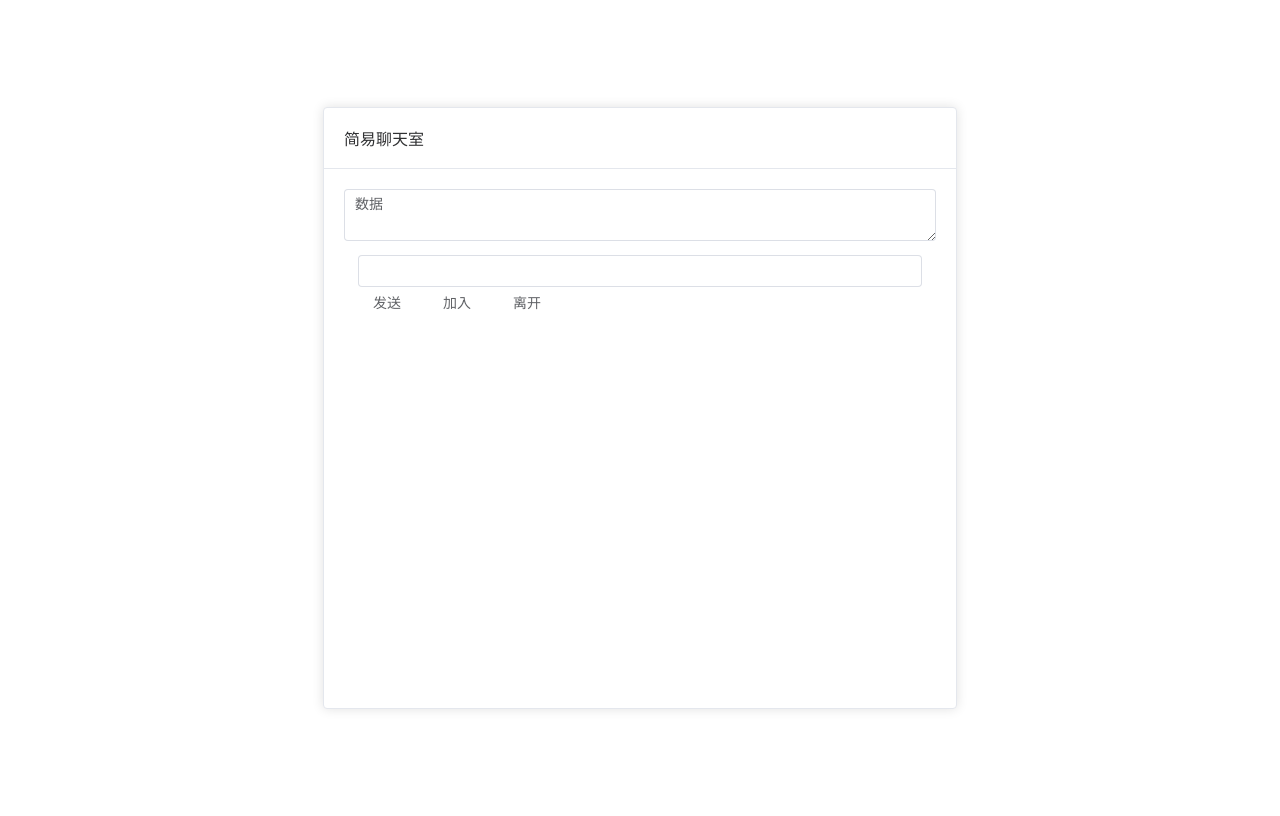
Repository: qs991/Elephant
Page: / (app in WebSocketApI/Web/websocketroom/)
These files come from the project's save history. The page is drawn as it stood at one moment and after a run of saves; the edit follows.
The browser window is 1280 px wide. The pictures show the whole page.
The page's requests for data from a server got no answer. The project was rebuilt for these pictures with package versions that can differ from the ones it lists, and the page was loaded fresh each time. No one was signed in, and anything a server would have sent is missing. Also part of the build but not shown: WebSocketApI/Web/websocketroom/vite.config.js.

Above is the page before, as saved 2023-08-25 15:54:08.

After the next 5 saves:
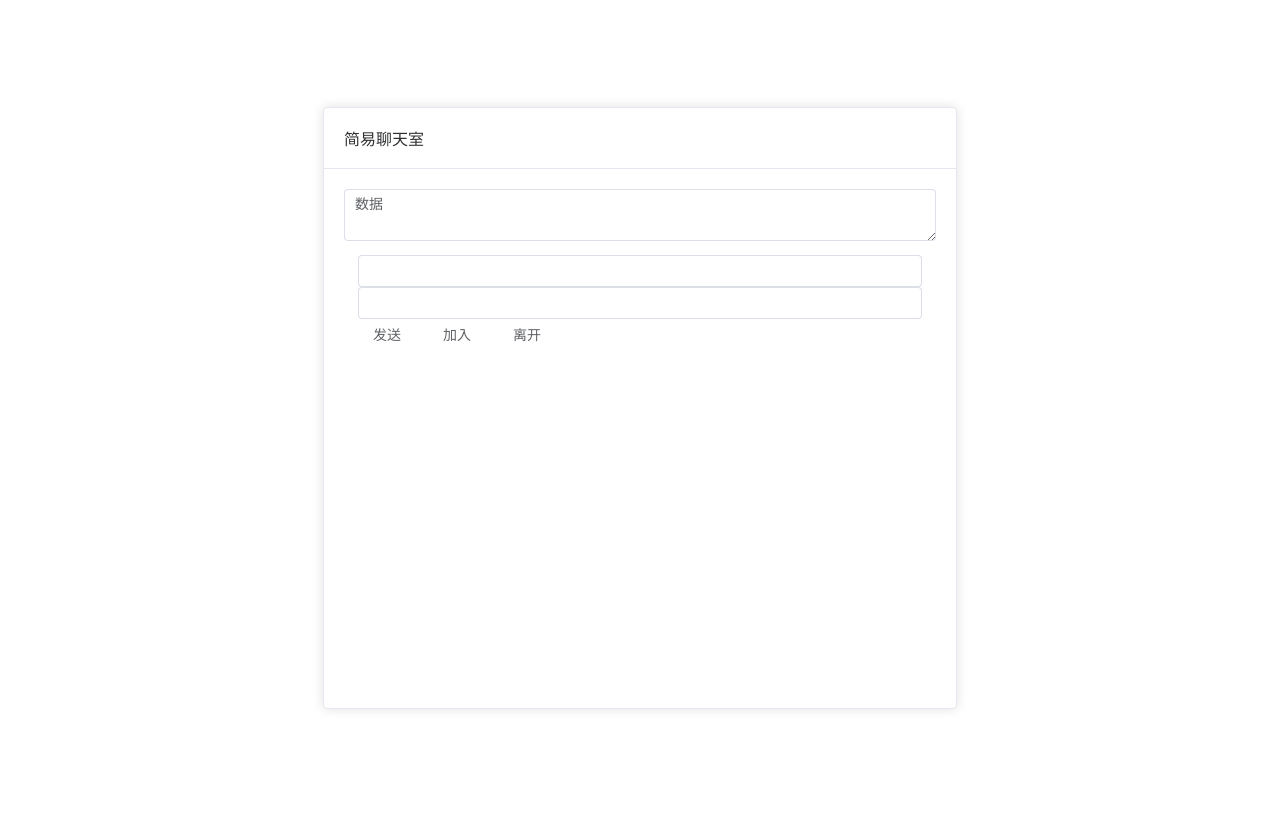
The 5 saves are shown as one change because 1 did not build or start and some came seconds apart.
The last was saved 19 s later.
--- a/WebSocketApI/Web/websocketroom/src/App.vue
+++ b/WebSocketApI/Web/websocketroom/src/App.vue
@@ -9,6 +9,7 @@
       <el-input v-model="msg" type="textarea" />
       <div style="padding: 14px">
         <div class="bottom">
+          <el-input v-model="NickName" />
           <el-input />
           <el-button text class="button" @click="send">发送</el-button>
           <el-button text class="button" @click="join">加入</el-button>
